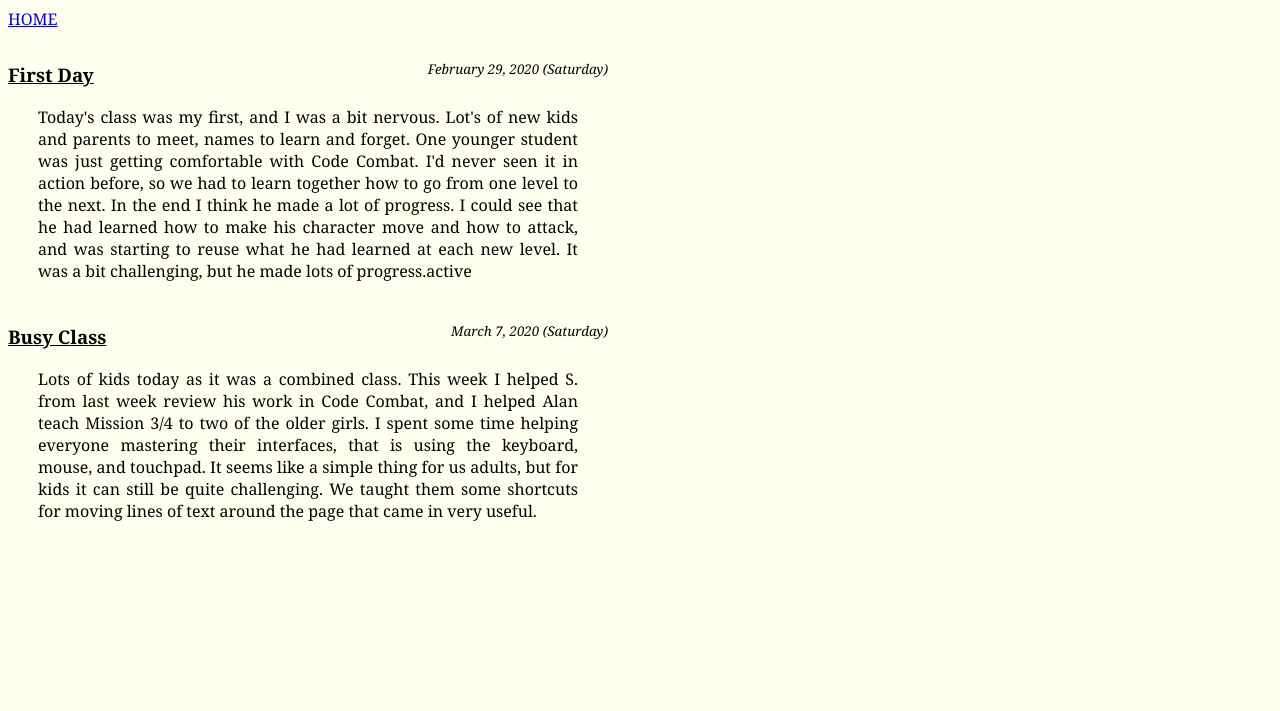
Repository: chocochocosensei/Mission-Exercises
Page: Page1/index.html
The author's editor kept a copy of each file at every save. The page is drawn from the files as they stood at one save, then again after the next save.
The browser window is 1280 px wide. The pictures show the whole page.

Above is the page before, as saved 2020-03-11 05:15:06.

After the next save:
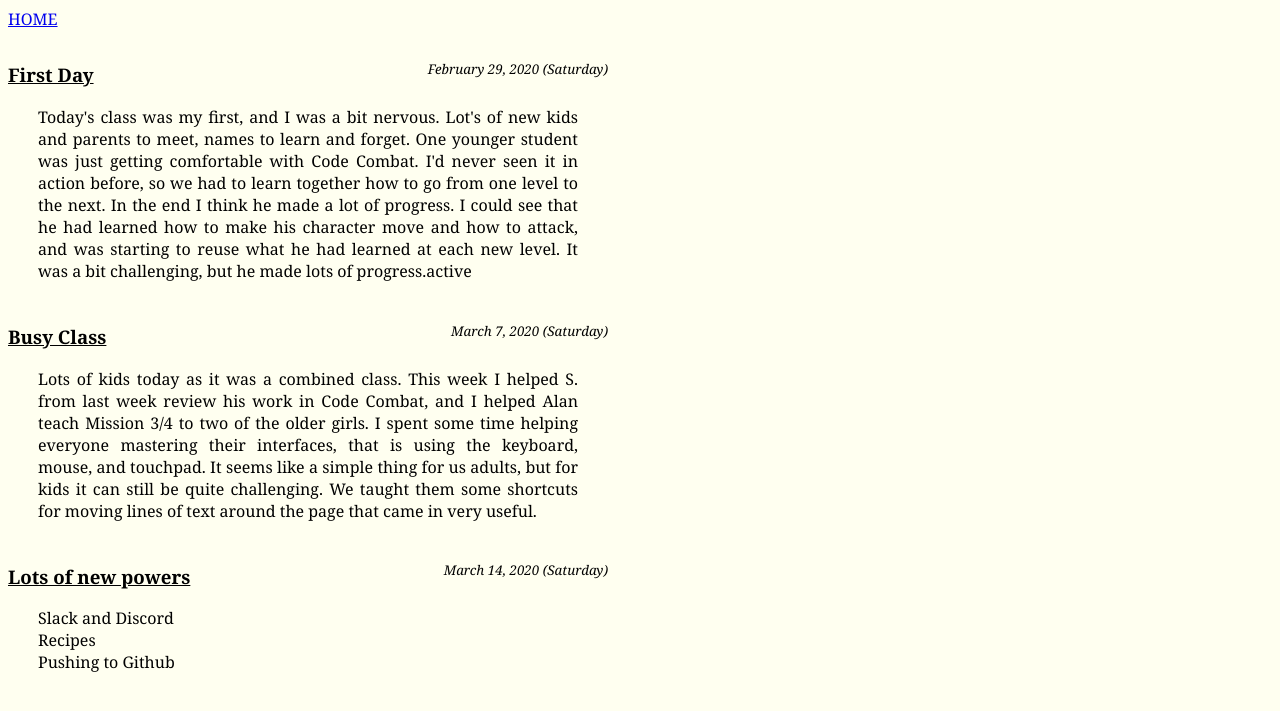
Saved 4 days later.
--- a/Page1/index.html
+++ b/Page1/index.html
@@ -71,6 +71,32 @@
             </div>
         </div>
     </section>
+    <section>
+        <div class="section-title">
+            <h2 id="entry-date-for-2020-03-15">March 14, 2020 (Saturday)</h2>
+        </div>
+        <div class="section-activity">
+            <div class="card">
+                <div class="title">
+                    <h3 id="entry-title-for-2020-03-15">Lots of new powers</h3>
+                </div>
+                <div class="content">
+                    <p>Slack and Discord</p>
+                    <p>Recipes </p>
+                    <p>Pushing to Github</p>
+                </div>
+            </div>
+            <div class="card class-hours hidden">
+                <div class="title">
+                    <h3 id="hours-for-2020-03-15">Hours for March 15, 2020</h3>
+                </div>
+                <div class="content">
+                    <p>Class: 10:30-12:30</p>
+                    <p>Hours: 2</p>
+                </div>
+            </div>
+        </div>
+    </section>
 </body>
 
 </html>
